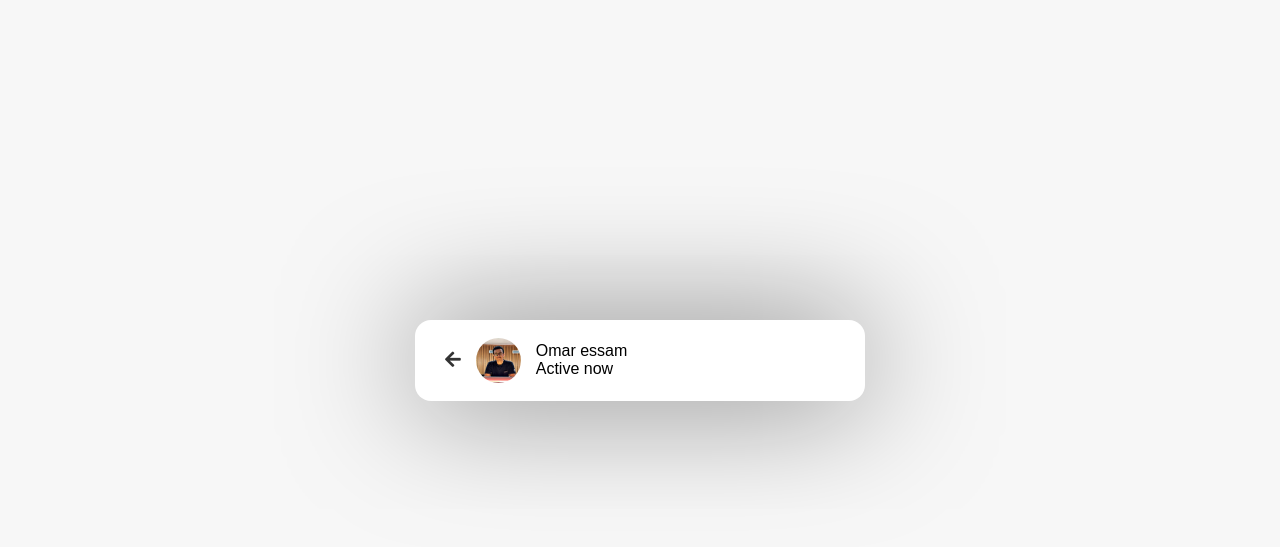
Repository: OmarEssameldinMousa/Chat-Application
Page: chat.html
These files come from the project's save history. The page is drawn as it stood at one moment and after the next save; the edit follows.
The browser window is 1280 px wide. The pictures show the whole page.

Above is the page before, as saved 2023-09-22 19:31:08.

After the next save:
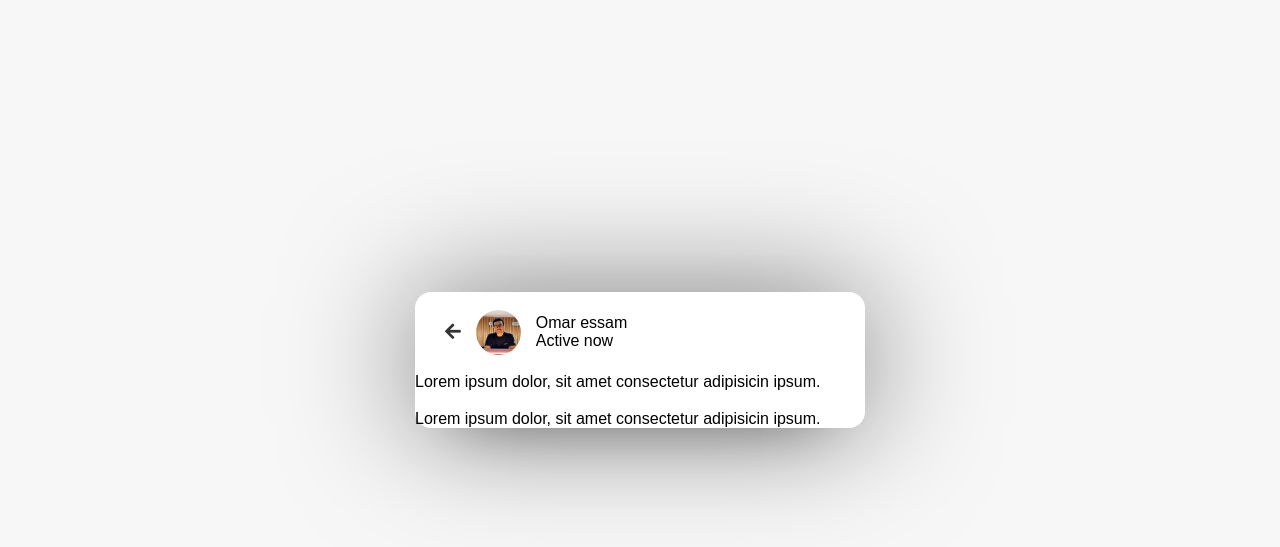
Saved 41 min 7 s later.
--- a/chat.html
+++ b/chat.html
@@ -22,6 +22,22 @@
                 </div>
             </header>
 
+            <div class="Chat-box">
+                <div class="chat outgoing">
+                    <div class="details">
+                        <p>Lorem ipsum dolor, sit amet consectetur adipisicin ipsum.</p>
+                    </div>
+                </div>
+            </div>
+
+            <div class="Chat-box">
+                <div class="chat incoming">
+                    <img src="" alt="">
+                    <div class="details">
+                        <p>Lorem ipsum dolor, sit amet consectetur adipisicin ipsum.</p>
+                    </div>
+                </div>
+            </div>
 
 
         </section>
